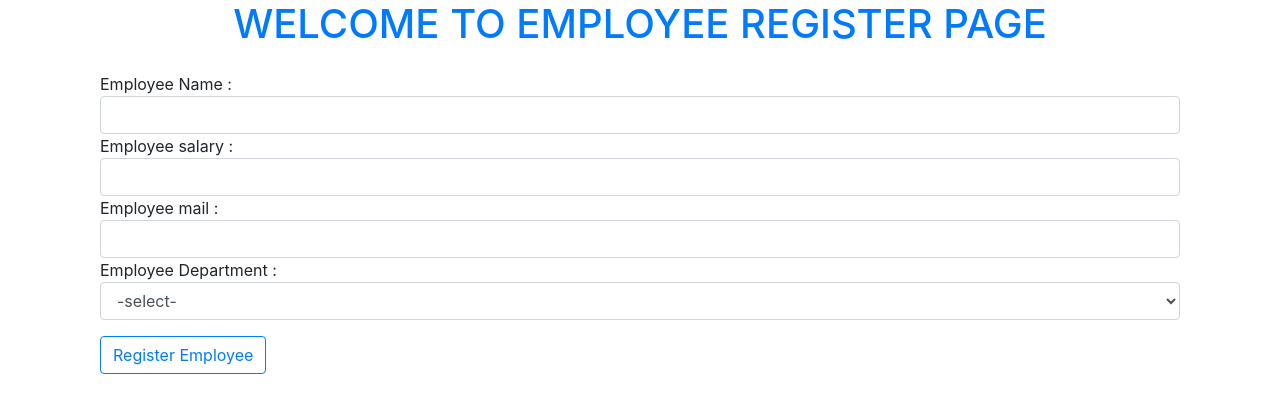
Repository: lokeshsukhwal/EmployeeMiniProject
Page: http://localhost/EmployeeEdit
The author's editor kept a copy of each file at every save. The page is drawn from the files as they stood at one save, then again after the next save.
The browser window is 1280 px wide. The pictures show the whole page.
The page is this project's Thymeleaf template; nobody is signed in. The template is opened directly, without the code that normally fills it, so the values that code supplies are empty.

Above is the page before, as saved 2023-01-16 16:20:28.

### SpringBootMvc-ThymeleafMySqlCrudMiniProject/src/main/resources/templates/EmployeeEdit.html
<!DOCTYPE html>
<html xmlns:th="https://www.thymeleaf.org/">
<head>
<meta charset="ISO-8859-1">
<title>Employee register page</title>
<link rel="stylesheet"
	href="https://cdn.jsdelivr.net/npm/bootstrap@4.0.0/dist/css/bootstrap.min.css"
	integrity="sha384-Gn5384xqQ1aoWXA+058RXPxPg6fy4IWvTNh0E263XmFcJlSAwiGgFAW/dAiS6JXm"
	crossorigin="anonymous">
</head>
<body>
<div class="container">
	<h1 class=" text-primary text-center">WELCOME TO EMPLOYEE REGISTER PAGE</h1>
	<div class="container">
		<form th:action="@{/employee/save}" method="POST" class="mt-4 form">

			Employee Name : <input type="text" name="empName"class="form-control">

			Employee salary : <input type="text" name="empSalary"class="form-control">

			Employee mail : <input type="email" name="empMail"class="form-control">

			Employee Department : <select name="department" class="form-control">
										<option value="#">-select-</option>
										<option value="dev">DEV</option>
										<option value="ba">BA</option>
										<option value="qa">QA</option>
								  </select>

		<button type="submit" class="btn btn-outline-primary mt-3">Register Employee</button>

		</form>


		<h4 th:text="${message}" class="bg-success text-white mt-4 text-center"></h4>
	</div>
	</div>

</body>
</html>

After the next save:
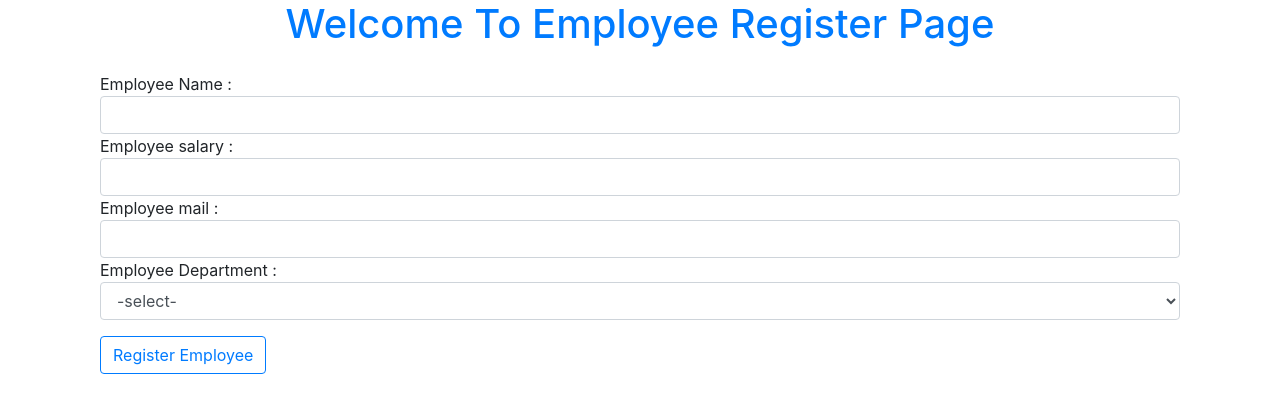
Saved 42 s later.
--- a/SpringBootMvc-ThymeleafMySqlCrudMiniProject/src/main/resources/templates/EmployeeEdit.html
+++ b/SpringBootMvc-ThymeleafMySqlCrudMiniProject/src/main/resources/templates/EmployeeEdit.html
@@ -10,7 +10,7 @@
 </head>
 <body>
 <div class="container">
-	<h1 class=" text-primary text-center">WELCOME TO EMPLOYEE REGISTER PAGE</h1>
+	<h1 class=" text-primary text-center">Welcome To Employee Register Page</h1>
 	<div class="container">
 		<form th:action="@{/employee/save}" method="POST" class="mt-4 form">
 
